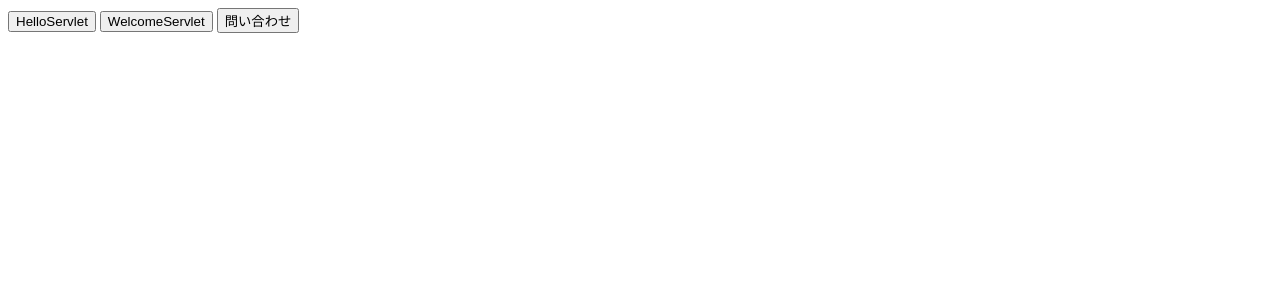
Repository: nhikaru/backup
Page: http://localhost/HelloServlet2/
These files come from the project's save history. The page is drawn as it stood at one moment and after the next save; the edit follows.
The browser window is 1280 px wide. The pictures show the whole page.
The page is served by Tomcat 9. Other server files are loaded and not shown.

Above is the page before, as saved 2018-01-10 02:09:39.

### HelloServlet2/WebContent/index.jsp
<%@ page language="java" contentType="text/html; charset=UTF-8"
    pageEncoding="UTF-8"%>
<!DOCTYPE html>
<html>
<head>
<meta charset="UTF-8">
<title>HelloServlet2</title>
</head>
<body>
<input type="button" value="HelloServlet" onClick="location.href='HelloServlet'">
<input type="button" value="WelcomeServlet" onClick="location.href='welcome.jsp'">
<input type="button" value="問い合わせ" onClick="location.href='inquiry.jsp'">
</body>
</html>

After the next save:
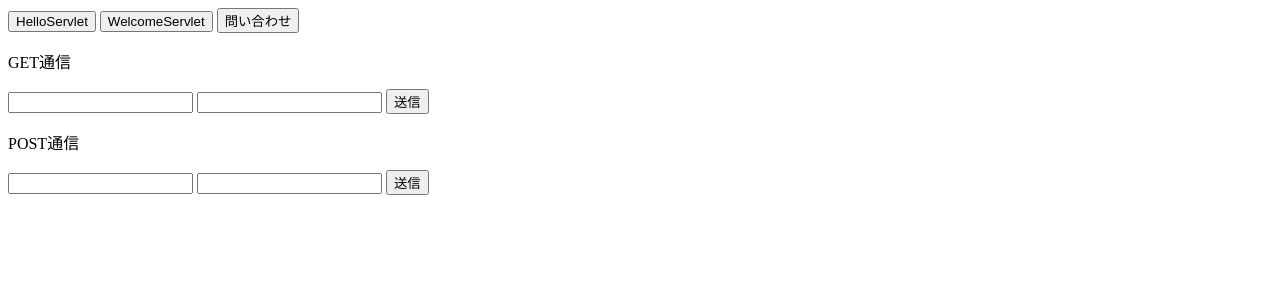
Saved 7 min 11 s later.
--- a/HelloServlet2/WebContent/index.jsp
+++ b/HelloServlet2/WebContent/index.jsp
@@ -10,5 +10,17 @@
 <input type="button" value="HelloServlet" onClick="location.href='HelloServlet'">
 <input type="button" value="WelcomeServlet" onClick="location.href='welcome.jsp'">
 <input type="button" value="問い合わせ" onClick="location.href='inquiry.jsp'">
+<p>GET通信</p>
+<form method="get" action="TestServlet">
+<input type="text" name="username">
+<input type="password" name="password">
+<input type="submit" value="送信">
+</form>
+<p>POST通信</p>
+<form method="post" action="TestServlet">
+<input type="text" name="username">
+<input type="password" name="password">
+<input type="submit" value="送信">
+</form>
 </body>
 </html>
